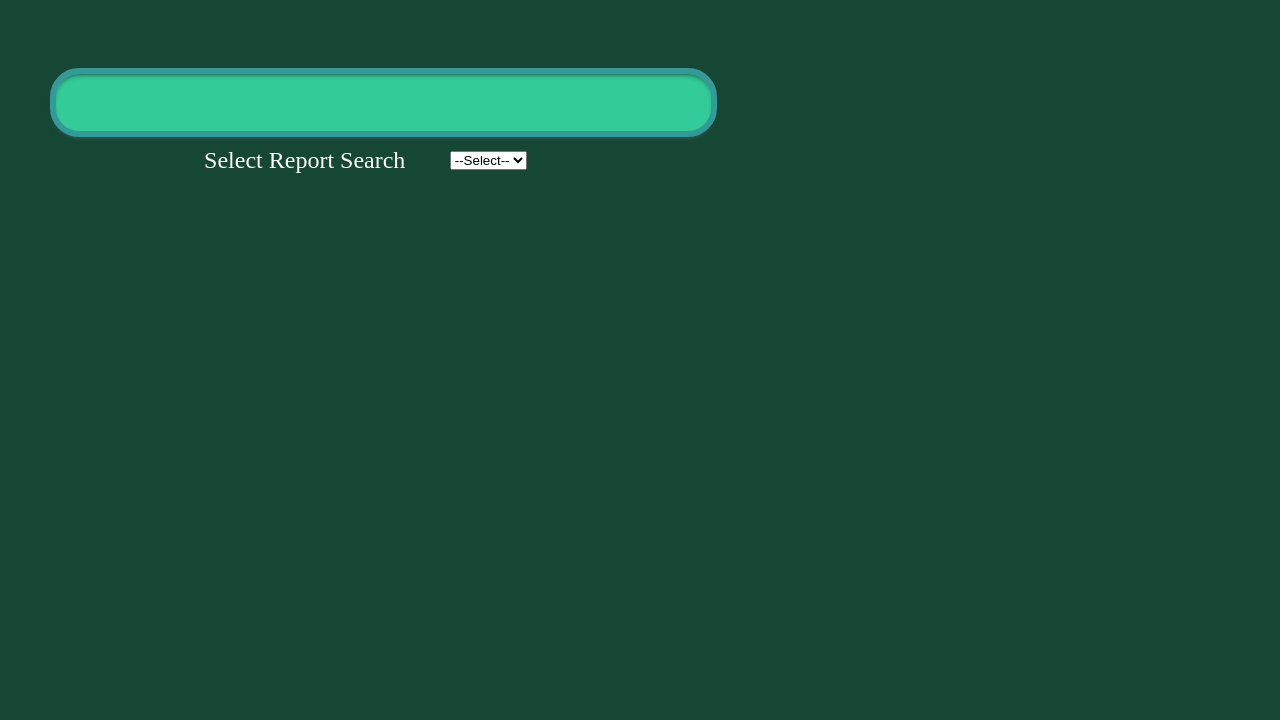
Repository: prajaktamore/Web-Based-Programming-3
Page: http://localhost/BinaryCalculator/Reports.jsp
The author's editor kept a copy of each file at every save. The page is drawn from the files as they stood at one save, then again after the next save.
The browser window is 1280 px wide. The pictures show the whole page.
The page is served by Tomcat 9. Other server files are loaded and not shown.

Above is the page before, as saved 2014-05-04 18:13:28.

### BinaryCalculator/WebContent/Reports.jsp
<%@ page language="java" contentType="text/html; charset=ISO-8859-1"
    pageEncoding="ISO-8859-1"%>
<!DOCTYPE html PUBLIC "-//W3C//DTD HTML 4.01 Transitional//EN" "http://www.w3.org/TR/html4/loose.dtd">
<html>
<head>
<meta http-equiv="Content-Type" content="text/html; charset=ISO-8859-1">
<title>Submit Award</title>
<link href="more.css" rel="stylesheet" type="text/css" />
<script type="text/javascript">
function checkDate(varBirthDate) {

            var month = varBirthDate.substring(0, 2);
            var date = varBirthDate.substring(3, 5);
            var year = varBirthDate.substring(6, 10);

			if(parseInt(month) < 1 || parseInt(month) > 12){
			return false;
			}else if(parseInt(date) < 1 || parseInt(date) > 31){
			return false;
			}else if(parseInt(year) < 1900 || parseInt(year) > 2014){
			return false;
			}

            var myDate = new Date(year, month - 1, date);

            var today = new Date();


            if (myDate > today) {
                return false;
            }
            else {
                return true;
            }
}

function checktwoDate(vartoolcountDate,vartoolcountDate1) {
            var month = vartoolcountDate.substring(0, 2);
            var date = vartoolcountDate.substring(3, 5);
            var year = vartoolcountDate.substring(6, 10);
            var myDate = new Date(year, month - 1, date);

            var month1 = vartoolcountDate1.substring(0, 2);
            var date1 = vartoolcountDate1.substring(3, 5);
            var year1 = vartoolcountDate1.substring(6, 10);
            var myDate1 = new Date(year1, month1 - 1, date1);

            if (myDate > myDate1) {
                return false;
            }
            else {
                return true;
            }
}
function validateform() {
		var varBirthDate = /^(\d{2,2})(\/)(\d{2,2})\2(\d{4}|\d{4})$/;
		if(!(varBirthDate.test(document.getElementById("r1").value) && checkDate(document.getElementById("r1").value)))
		{
			alert("Please enter a valid birth date MM/DD/YYYY and Date Not Greater Than Today.");
			document.getElementById("r1").select();
			document.getElementById("r1").focus();
			return false;
		}

		document.getElementById('lr2').style.visibility='visible';
   		document.getElementById('r2').style.visibility='visible';
}

function validateform1() {
		var varBirthDate = /^(\d{2,2})(\/)(\d{2,2})\2(\d{4}|\d{4})$/;
		if(!(varBirthDate.test(document.getElementById("r2").value) && checkDate(document.getElementById("r2").value)))
		{
			alert("Please enter a valid birth date MM/DD/YYYY and Date Not Greater Than Today.");
			document.getElementById("r2").select();
			document.getElementById("r2").focus();
			return false;
		}
		if(!checktwoDate(document.getElementById("r1").value,document.getElementById("r2").value)){
			alert("Start Date Should Be less than End Date");
			document.getElementById("r1").select();
			document.getElementById("r1").focus();
			return false;
		}
		document.getElementById('Search').style.visibility='visible';
}

function validateform2() {
				re = /^\d+$/;
				if(!re.test(document.getElementById("r3").value))
				{
					alert("Error: password must contain at least one number (0-9)!");
					document.getElementById("r3").select();
					document.getElementById("r3").focus();
					return false;
				}
				document.getElementById('Search').style.visibility='visible';
}

function validateform3() {
			var varCity = /^[a-zA-Z]*$/;
			if(!(varCity.test(document.getElementById("r4").value)))
			{
				alert("Please enter a valid Serial ID, Serial ID can only contain alphabets and Integer");
				document.getElementById("r4").select();
				document.getElementById("r4").focus();
				return false;
			}

			document.getElementById('Search').style.visibility='visible';
}

function validateform4() {
			var varCity = /^[a-zA-Z]*$/;
			if(!(varCity.test(document.getElementById("r5").value)))
			{
				alert("Please enter a valid Name, Name can only contain alphabets");
				document.getElementById("r5").select();
				document.getElementById("r5").focus();
				return false;
			}
			document.getElementById('Search').style.visibility='visible';
}
 function changeTest1() {

		var index = document.getElementById("rdownrot").selectedIndex;
		if(parseInt(index) == 1){
			document.getElementById('lr3').style.visibility='visible';
    		document.getElementById('r3').style.visibility='visible';
    		document.getElementById('lr4').style.visibility='hidden';
    		document.getElementById('r4').style.visibility='hidden';

    		document.getElementById('Search').style.visibility='hidden';
		}else if(parseInt(index) == 2){
			document.getElementById('lr4').style.visibility='visible';
    		document.getElementById('r4').style.visibility='visible';
    		document.getElementById('lr3').style.visibility='hidden';
    		document.getElementById('r3').style.visibility='hidden';
    		document.getElementById('Search').style.visibility='hidden';
		}
}
 function changeTest() {

		var index = document.getElementById("rdown").selectedIndex;

		 if(parseInt(index) == 1){
       		document.getElementById('lr1').style.visibility='visible';
    		document.getElementById('r1').style.visibility='visible';

    		document.getElementById('lr2').style.visibility='hidden';
    		document.getElementById('r2').style.visibility='hidden';
    		document.getElementById('lr3').style.visibility='hidden';
    		document.getElementById('r3').style.visibility='hidden';
    		document.getElementById('lr4').style.visibility='hidden';
    		document.getElementById('r4').style.visibility='hidden';
    		document.getElementById('lr5').style.visibility='hidden';
    		document.getElementById('r5').style.visibility='hidden';
    		document.getElementById('rdownrot').style.visibility='hidden';
    		document.getElementById('lrdownrot').style.visibility='hidden';

    		document.getElementById('Search').style.visibility='hidden';

       	}else  if(parseInt(index) == 2){
       		document.getElementById('lr1').style.visibility='hidden';
    		document.getElementById('r1').style.visibility='hidden';
    		document.getElementById('lr2').style.visibility='hidden';
    		document.getElementById('r2').style.visibility='hidden';
    		document.getElementById('lr5').style.visibility='hidden';
    		document.getElementById('r5').style.visibility='hidden';

    		document.getElementById('lr4').style.visibility='hidden';
    		document.getElementById('r4').style.visibility='hidden';
    		document.getElementById('lr3').style.visibility='hidden';
    		document.getElementById('r3').style.visibility='hidden';


    		document.getElementById('rdownrot').style.visibility='visible';
    		document.getElementById('lrdownrot').style.visibility='visible';

    		document.getElementById('Search').style.visibility='hidden';
       	}else  if(parseInt(index) == 3){
       		document.getElementById('lr1').style.visibility='hidden';
    		document.getElementById('r1').style.visibility='hidden';
    		document.getElementById('lr2').style.visibility='hidden';
    		document.getElementById('r2').style.visibility='hidden';
    		document.getElementById('lr3').style.visibility='hidden';
    		document.getElementById('r3').style.visibility='hidden';
    		document.getElementById('lr4').style.visibility='hidden';
    		document.getElementById('r4').style.visibility='hidden';
    		document.getElementById('rdownrot').style.visibility='hidden';
    		document.getElementById('lrdownrot').style.visibility='hidden';
       		document.getElementById('lr5').style.visibility='visible';
    		document.getElementById('r5').style.visibility='visible';

    		document.getElementById('Search').style.visibility='hidden';
       	}
 }
</script>
</head>
<body>
<form method="POST" action="Report">
<br><input type="text" readonly="readonly" name="username" id="username" value="${sessionScope.username}" style ="background: #33CC99; height:55px; width: 600px;text-align:right;font-size:35px; border-radius: 2em; border:6px solid #339999;border-radius:29px; color: #fff; padding-left: 1.5em; outline: none; box-shadow: 0 4px 6px -5px hsl(0, 0%, 40%), inset 0px 4px 6px -5px hsl(0, 0%, 2%)" >

  <table width="page" align="center" >
  			<tr>

 						 <td height="40" align="center"> <label style="color:#ffffff;font-size:24px" >Select Report Search</label> </td>
 					    <td>
 					    <select name="rdown" id="rdown" onchange="changeTest()">
					        <OPTION  value="-1" label="--Select--" selected="selected">
					        <option value="Dates">Dates</option>
					        <option value="Rotary">Rotary</option>
					        <option value="Person">Person</option>
					    </select>
					    </td>
    		</tr>
			<tr>
					 <td height="40" align="center"> <label id="lr1" style="color:#ffffff;font-size:24px;visibility:hidden;" >Please Enter Start Date</label> </td>
             		 <td align="center"> <input id="r1" name="r1" onchange="validateform()" type="text" style ="visibility:hidden;background: #33CC99; height:55px; width: 600px;text-align:right;font-size:35px; border-radius: 2em; border:6px solid #339999;border-radius:29px; color: #fff; padding-left: 1.5em; outline: none; box-shadow: 0 4px 6px -5px hsl(0, 0%, 40%), inset 0px 4px 6px -5px hsl(0, 0%, 2%)"/></td>
 			</tr>
 			<tr>
					 <td height="40" align="center"> <label id="lr2" style="color:#ffffff;font-size:24px;visibility:hidden;" >Please Enter End Date</label> </td>
             		 <td align="center"> <input id="r2" name="r2" onchange="validateform1()" type="text" style ="visibility:hidden;background: #33CC99; height:55px; width: 600px;text-align:right;font-size:35px; border-radius: 2em; border:6px solid #339999;border-radius:29px; color: #fff; padding-left: 1.5em; outline: none; box-shadow: 0 4px 6px -5px hsl(0, 0%, 40%), inset 0px 4px 6px -5px hsl(0, 0%, 2%)"/></td>
 			</tr>
 			<tr>

 					<td height="40" align="center"> <label id="lrdownrot" style="color:#ffffff;font-size:24px;visibility:hidden;" >Select Rotary Type</label> </td>
 					    <td>
 					    <select name="rdownrot" id="rdownrot" onchange="changeTest1()" style="visibility:hidden">
					        <OPTION  value="-1" label="--Select--" selected="selected">
					        <option value="Dates">Department</option>
					        <option value="Rotary">Serial Number</option>
					    </select>
					    </td>
    		</tr>
 			<tr>
					 <td height="40" align="center"> <label id="lr3" style="color:#ffffff;font-size:24px;visibility:hidden;" >Department Number</label> </td>
             		 <td align="center"> <input id="r3" name="r3" onchange="validateform2()" type="text" style ="visibility:hidden;background: #33CC99; height:55px; width: 600px;text-align:right;font-size:35px; border-radius: 2em; border:6px solid #339999;border-radius:29px; color: #fff; padding-left: 1.5em; outline: none; box-shadow: 0 4px 6px -5px hsl(0, 0%, 40%), inset 0px 4px 6px -5px hsl(0, 0%, 2%)"/></td>
 			</tr>
 			<tr>
					 <td height="40" align="center"> <label id="lr4" style="color:#ffffff;font-size:24px;visibility:hidden;" >Employee Serial</label> </td>
             		 <td align="center"> <input id="r4" name="r4" onchange="validateform3()" type="text" style ="visibility:hidden;background: #33CC99; height:55px; width: 600px;text-align:right;font-size:35px; border-radius: 2em; border:6px solid #339999;border-radius:29px; color: #fff; padding-left: 1.5em; outline: none; box-shadow: 0 4px 6px -5px hsl(0, 0%, 40%), inset 0px 4px 6px -5px hsl(0, 0%, 2%)"/></td>
 			</tr>
 			<tr>
					 <td height="40" align="center"> <label id="lr5" style="color:#ffffff;font-size:24px;visibility:hidden;" >Submitter or Recipient Name</label> </td>
             		 <td align="center"> <input id="r5" name="r5" onchange="validateform4()" type="text" style ="visibility:hidden;background: #33CC99; height:55px; width: 600px;text-align:right;font-size:35px; border-radius: 2em; border:6px solid #339999;border-radius:29px; color: #fff; padding-left: 1.5em; outline: none; box-shadow: 0 4px 6px -5px hsl(0, 0%, 40%), inset 0px 4px 6px -5px hsl(0, 0%, 2%)"/></td>
 			</tr>
  			<tr>
						<td align="center"><input type="submit" name="Search" id="Search" value="Search" style="visibility:hidden;background-color: #2e466e; color: #ffff; border-radius: 10px;border:6px solid #1f2f47;border-radius:29px;padding:16px 57px;text-shadow:0px 1px 0px #263666;font-size:20px;">
			</tr>
 </table>
 </form>
</body>
</html>

### BinaryCalculator/WebContent/more.css
/*
    author : Prajakta More
    date created : 11 Feb 2014
	Version:  1
    copyright information : Binghamton University
*/

/*Defines style for body tag all fields declared in body tag will follow below style for margins and background*/
body
{
margin-top:50px;
margin-left:50px;
margin-right:50px;
margin-bottom:50px;
background:#154734;
}



input#submit {
    padding: 4px 40px;
    /*give the background a gradient*/
    background:#ffae00; /*fallback for browsers that don't support gradients*/
    background: -webkit-linear-gradient(top, #ffae00, #d67600);
    background: -moz-linear-gradient(top, #ffae00, #d67600);
    background: -o-linear-gradient(top, #ffae00, #d67600);
    background: linear-gradient(top, #ffae00, #d67600);
    border:2px outset #dad9d8;
    /*style the text*/
    font-family:Andika, Arial, sans-serif;
    font-size:1.1em;
    letter-spacing:0.05em;
    text-transform:uppercase;
    color:#fff;
    text-shadow: 0px 1px 10px #000;
    /*add to small curve to the corners of the button*/
    -webkit-border-radius: 15px;
    -moz-border-radius: 15px;
    border-radius: 15px;
    /*give the button a drop shadow*/
    -webkit-box-shadow: rgba(0, 0, 0, .55) 0 1px 6px;
    -moz-box-shadow: rgba(0, 0, 0, .55) 0 1px 6px;
    box-shadow: rgba(0, 0, 0, .55) 0 1px 6px;
    }
    /****NOW STYLE THE BUTTON'S HOVER STATE***/
    input#submit:hover, input#submit:focus {
    border:2px solid #dad9d8;
    }



/*Defines style for table tag all fields declared in table tag will follow below style for border*/
table
{
border: 0px solid #154734;
content-type:text/plain;
charset=iso-8859-1 ;
}
/*Defines style for table data tag all fields declared in table data tag will follow below style for border and text color */
td
{
border: 0px solid #154734;
color:white;
}
/*Defines style for paragraph tag  with class type defined as ex2 all fields declared in paragraph tag will follow below style for font, color, text align*/
p.ex2
{
font:30px arial,sans-serif,centre;
color:#ffffff;
text-align:center;
}
/*Defines style for paragraph tag  with class type defined as ex1 all fields declared in paragraph tag will follow below style for font, color, text align*/
p.ex1
{
font:18px arial,sans-serif,centre;
color:#ffffff;
text-align:center;
}
/*Defines style for img tag all with class name as ex3 fields declared in img tag will
follow below style for margins, background, padding, border, background -color, height, width, float, text- align*/
img.ex3
{
  margin: 5px;
  padding: 5px;
  background-color: #ffffff;
  border: 3px solid #ffffff;
  height: 375px;
  width: 250px;
  float: left;
  text-align: left;
}
/*Defines style for a href tag and its properties for different states as link, visited, hover, active*/
a:link {text-decoration:none;
background-color:#66CCCC;
color:#000000;
}
a:visited {text-decoration:none;
background-color:#9999CC;
color:#660033;
}
a:hover {text-decoration:underline;
background-color:#CC99CC;
color:#000033;
}
a:active {text-decoration:underline;
background-color:#FF99CC;
color:#330000;
}

After the next save:
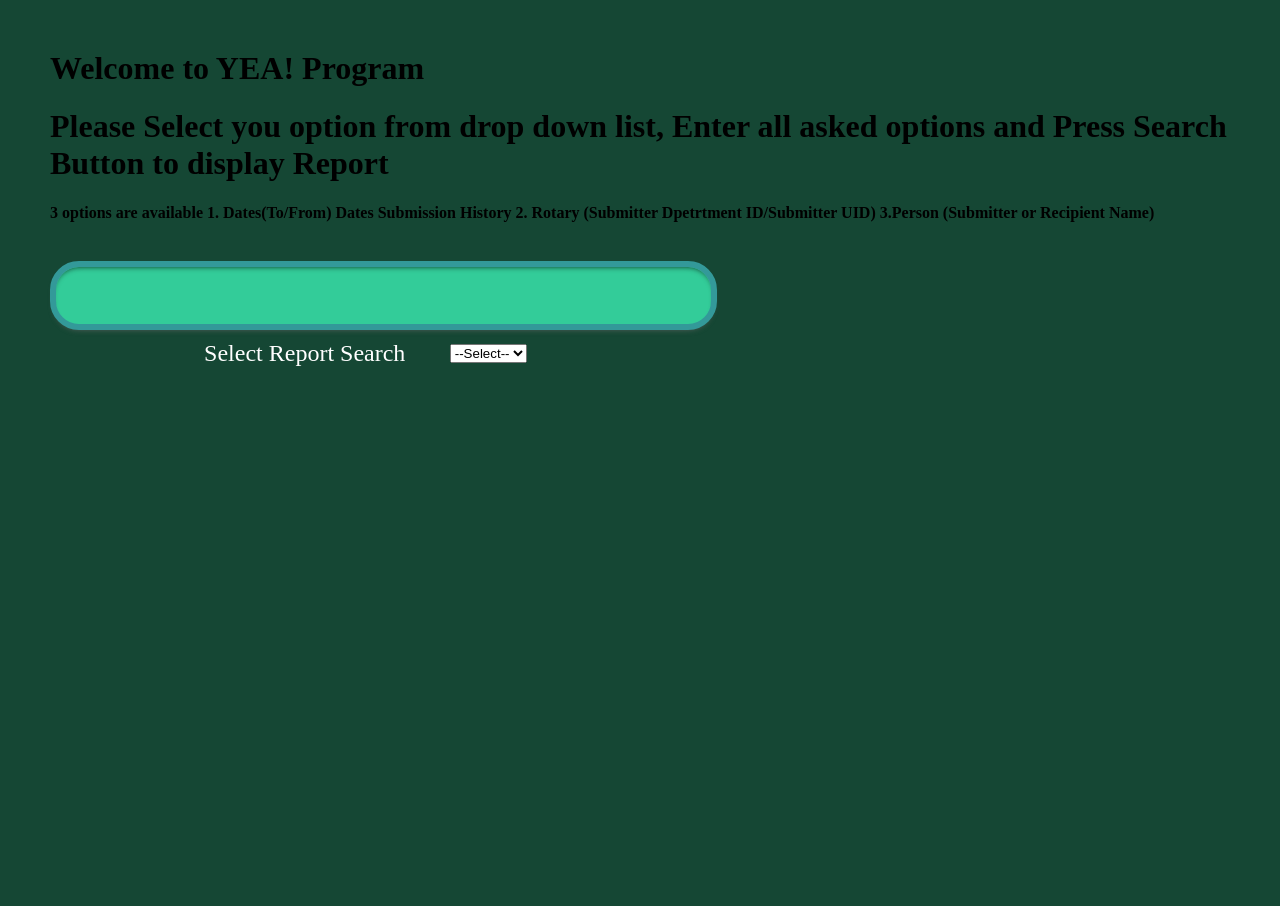
Saved 4 min 2 s later.
--- a/BinaryCalculator/WebContent/Reports.jsp
+++ b/BinaryCalculator/WebContent/Reports.jsp
@@ -198,6 +198,10 @@ function validateform4() {
 </head>
 <body>
 <form method="POST" action="Report">
+<h1>Welcome to YEA! Program</h1>
+<h1>Please Select you option from drop down list, Enter all asked options and Press Search Button to display Report</h1>
+<h4> 3 options are available 1. Dates(To/From) Dates Submission History 2. Rotary (Submitter Dpetrtment ID/Submitter UID) 3.Person (Submitter or Recipient Name)</h4>
+
 <br><input type="text" readonly="readonly" name="username" id="username" value="${sessionScope.username}" style ="background: #33CC99; height:55px; width: 600px;text-align:right;font-size:35px; border-radius: 2em; border:6px solid #339999;border-radius:29px; color: #fff; padding-left: 1.5em; outline: none; box-shadow: 0 4px 6px -5px hsl(0, 0%, 40%), inset 0px 4px 6px -5px hsl(0, 0%, 2%)" >
 
   <table width="page" align="center" >
